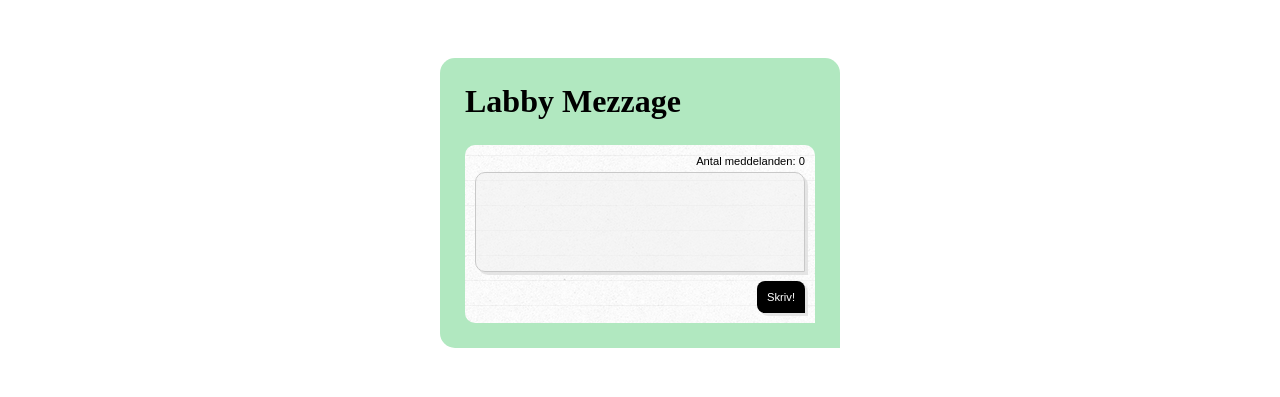
Repository: lw222gu/1dv403-laborationer
Page: 2-labbymezzage/index.html
The author's editor kept a record of every edit. The page is drawn from the files as they stood at one moment, then again after the next edit.
The browser window is 1280 px wide. The pictures show the whole page.
Some web fonts or font styles are not loaded; a fallback is used.

Above is the page before.

After the next edit:
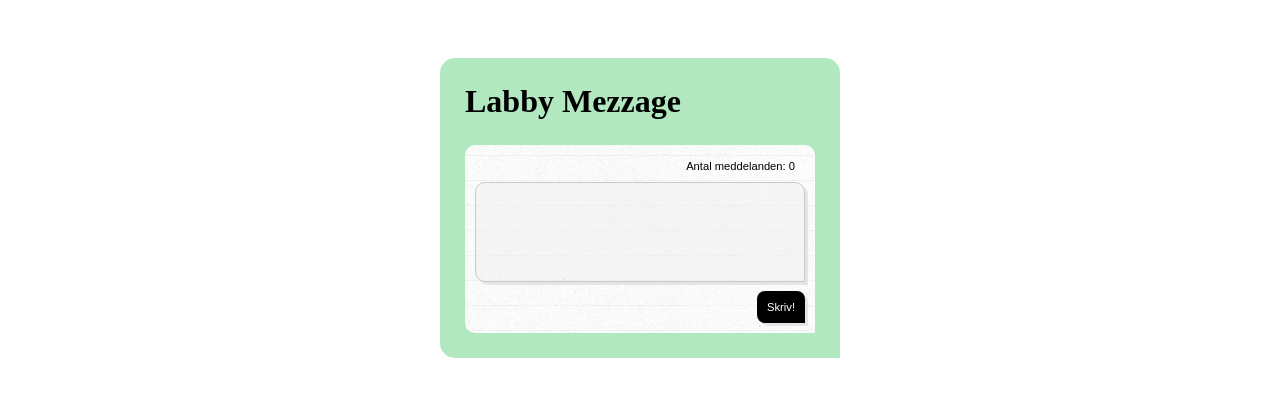
The edit:
--- a/2-labbymezzage/css/style.css
+++ b/2-labbymezzage/css/style.css
@@ -57,6 +57,9 @@
 
 #counter {
     float:right;
+    padding-right:10px;
+    padding-top:5px;
+    padding-bottom:5px;
 }
 
 .removemessage {
